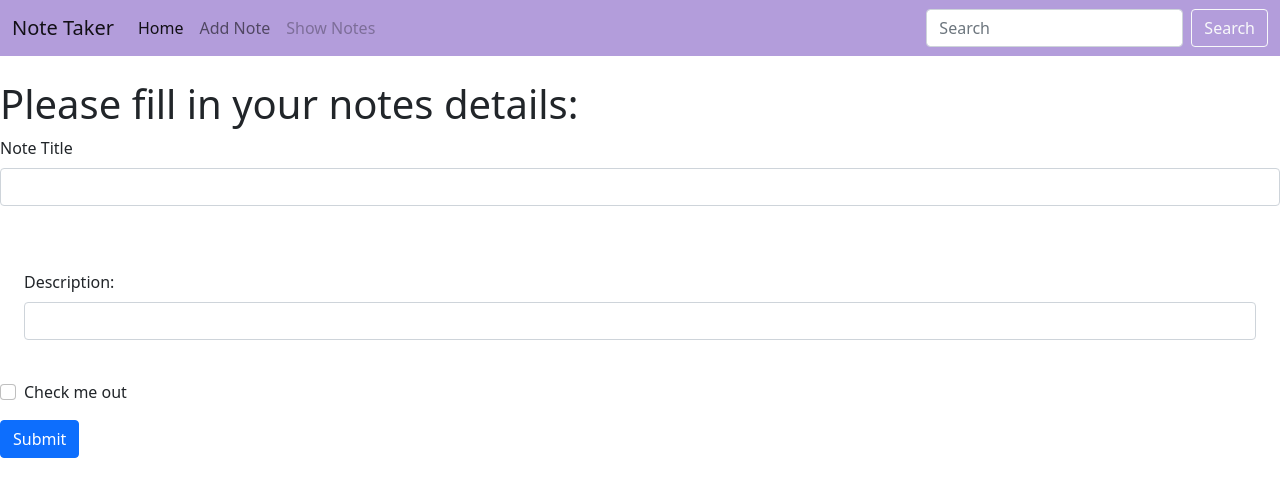
Repository: Tanmoy4672/Hibernate
Page: http://localhost/NoteTaker/add_notes.jsp
An editor plug-in stored every save of this project. The page is shown before and after the next save, followed by the edit.
The browser window is 1280 px wide. The pictures show the whole page.
The page is served by Tomcat 9. Other server files are loaded and not shown.

Above is the page before, as saved 2021-12-16 06:16:40.

### NoteTaker/src/main/webapp/add_notes.jsp
<%@ page language="java" contentType="text/html; charset=ISO-8859-1"
	pageEncoding="ISO-8859-1"%>
<!DOCTYPE html>
<html>
<head>
<meta charset="ISO-8859-1">
<title>Add notes</title>
<%@include file="All_js_css.jsp"%>

</head>
<body>
	<div class="container-fluid p-0 m-0">
		<%@include file="Navbar.jsp"%>
	</div>

<br>
<h1>Please fill in your notes details:</h1>
	<!-- This is add notes form -->
	<form action="SaveNoteServlet" method="POST">
		<div class="mb-3 p-6">
			<label for="exampleInputEmail1" class="form-label">Note Title</label>
			 <input type="text" class="form-control"
				id="exampleInputEmail1" aria-describedby="emailHelp">
			<br>
		</div>
		<div class="mb-3 p-4">
			<label for="exampleInputPassword1" class="form-label">Description:</label>
			<input type="text" class="form-control"
				id="exampleInputPassword1">
		</div>
		<div class="mb-3 form-check">
			<input type="checkbox" class="form-check-input" id="exampleCheck1">
			<label class="form-check-label" for="exampleCheck1">Check me
				out</label>
		</div>
		<button type="submit" class="btn btn-primary">Submit</button>
	</form>




</body>
</html>

### NoteTaker/src/main/webapp/All_js_css.jsp
<!-- Bootstrap CSS -->
    <link href="https://cdn.jsdelivr.net/npm/bootstrap@5.0.2/dist/css/bootstrap.min.css" rel="stylesheet" integrity="sha384-EVSTQN3/azprG1Anm3QDgpJLIm9Nao0Yz1ztcQTwFspd3yD65VohhpuuCOmLASjC" crossorigin="anonymous">
    <link href="CSS/style.css" rel="stylesheet"/>

 <!-- Optional JavaScript; choose one of the two! -->

    <!-- Option 1: Bootstrap Bundle with Popper -->
    <script src="https://cdn.jsdelivr.net/npm/bootstrap@5.0.2/dist/js/bootstrap.bundle.min.js" integrity="sha384-MrcW6ZMFYlzcLA8Nl+NtUVF0sA7MsXsP1UyJoMp4YLEuNSfAP+JcXn/tWtIaxVXM" crossorigin="anonymous"></script>

    <!-- Option 2: Separate Popper and Bootstrap JS -->

    <script src="https://cdn.jsdelivr.net/npm/@popperjs/core@2.9.2/dist/umd/popper.min.js" integrity="sha384-IQsoLXl5PILFhosVNubq5LC7Qb9DXgDA9i+tQ8Zj3iwWAwPtgFTxbJ8NT4GN1R8p" crossorigin="anonymous"></script>
    <script src="https://cdn.jsdelivr.net/npm/bootstrap@5.0.2/dist/js/bootstrap.min.js" integrity="sha384-cVKIPhGWiC2Al4u+LWgxfKTRIcfu0JTxR+EQDz/bgldoEyl4H0zUF0QKbrJ0EcQF" crossorigin="anonymous"></script>

### NoteTaker/src/main/webapp/Navbar.jsp
<nav class="navbar navbar-expand-lg navbar-light purple">
	<div class="container-fluid">
		<a class="navbar-brand" href="index.jsp">Note Taker</a>
		<button class="navbar-toggler" type="button" data-bs-toggle="collapse"
			data-bs-target="#navbarSupportedContent"
			aria-controls="navbarSupportedContent" aria-expanded="false"
			aria-label="Toggle navigation">
			<span class="navbar-toggler-icon"></span>
		</button>
		<div class="collapse navbar-collapse" id="navbarSupportedContent">
			<ul class="navbar-nav me-auto mb-2 mb-lg-0">
				<li class="nav-item"><a class="nav-link active"
					aria-current="page" href="index.jsp">Home</a></li>
				<li class="nav-item"><a class="nav-link" href="add_notes.jsp">Add Note</a></li>

				<li class="nav-item"><a class="nav-link disabled" href="#"
					tabindex="-1" aria-disabled="true">Show Notes</a></li>
			</ul>
			<form class="d-flex">
				<input class="form-control me-2" type="search" placeholder="Search"
					aria-label="Search">
				<button class="btn btn-outline-light" type="submit">Search</button>
			</form>
		</div>
	</div>
</nav>

### NoteTaker/src/main/webapp/CSS/style.css
.purple{
	background: #b39ddb;
}

After the next save:
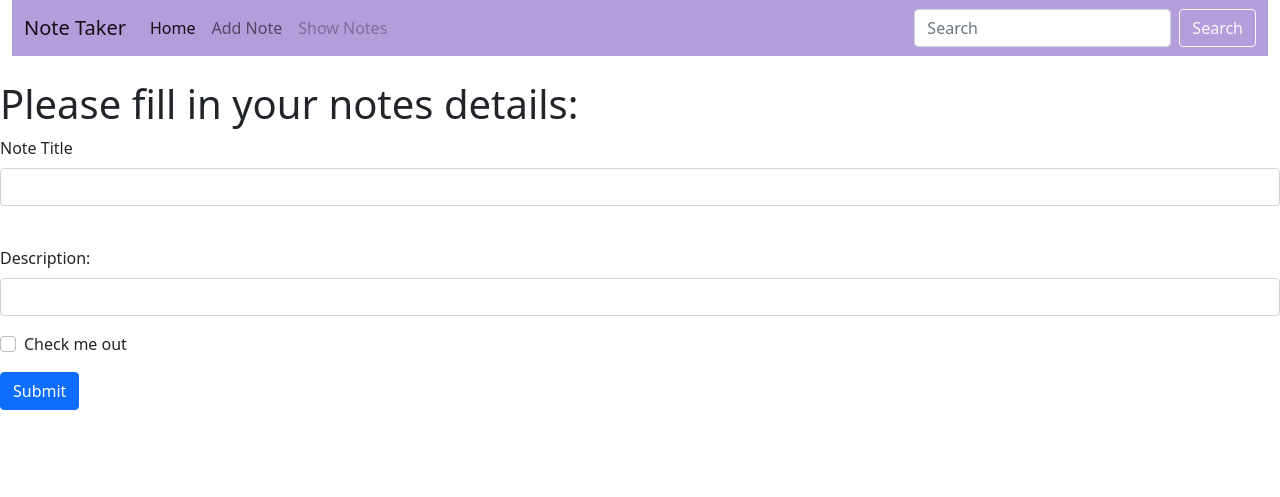
Saved 32 s later.
--- a/NoteTaker/src/main/webapp/add_notes.jsp
+++ b/NoteTaker/src/main/webapp/add_notes.jsp
@@ -9,7 +9,7 @@
 
 </head>
 <body>
-	<div class="container-fluid p-0 m-0">
+	<div class="container-fluid">
 		<%@include file="Navbar.jsp"%>
 	</div>
 
@@ -17,13 +17,13 @@
 <h1>Please fill in your notes details:</h1>
 	<!-- This is add notes form -->
 	<form action="SaveNoteServlet" method="POST">
-		<div class="mb-3 p-6">
+		<div class="mb-3">
 			<label for="exampleInputEmail1" class="form-label">Note Title</label>
 			 <input type="text" class="form-control"
 				id="exampleInputEmail1" aria-describedby="emailHelp">
 			<br>
 		</div>
-		<div class="mb-3 p-4">
+		<div class="mb-3">
 			<label for="exampleInputPassword1" class="form-label">Description:</label>
 			<input type="text" class="form-control"
 				id="exampleInputPassword1">
